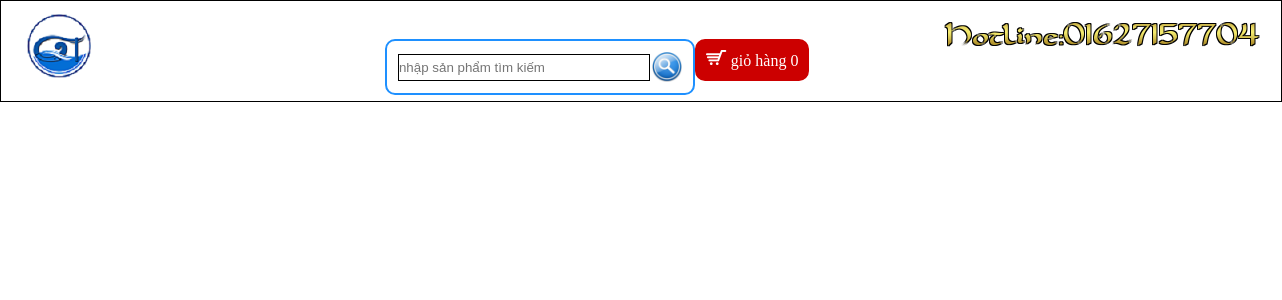
Repository: tranminhtam92/web
Page: http://localhost/demoview/View/Header.jsp
These files come from the project's save history. The page is drawn as it stood at one moment and after the next save; the edit follows.
The browser window is 1280 px wide. The page is 1282 px wide, so the pictures cover 1282 px, including what lies to the right of the window. The pictures show the whole page.
The page is served by Tomcat 9. Other server files are loaded and not shown.

Above is the page before, as saved 2016-12-27 06:38:16.

### Code/demoview/WebContent/View/Header.jsp
<%@page import="Model.Giohang"%>
<%@ page language="java" contentType="text/html; charset=UTF-8"
    pageEncoding="UTF-8"%>
<!DOCTYPE html PUBLIC "-//W3C//DTD HTML 4.01 Transitional//EN" "http://www.w3.org/TR/html4/loose.dtd">
<html>
<head>
<meta http-equiv="Content-Type" content="text/html; charset=UTF-8">
<link href="View/Style.css" rel="stylesheet" type="text/css">
<title>header</title>
</head>
<body>
<%
Giohang gh=(Giohang)session.getAttribute("cart");
if(gh==null){
	gh= new Giohang();
	session.setAttribute("cart", gh);
}
%>
		<div class="header">
			<div id="logo">
				<img alt="eror" src="${pageContext.request.contextPath}/hinhanh/LG.png" >
			</div>
			<div id="hotline">
				<img alt="eror" src="${pageContext.request.contextPath}/hinhanh/sdt.png">
			</div>
			<div id="searchcart">
				<div id="search">
					<form action="Searchproduct" class="searchproduct">
					<table>
					<tr>
					<th><input type="text" name="productname" id="productname" placeholder="nhập sản phẩm tìm kiếm" value="${productname}"> </th>
					<th><input type="image" src="${pageContext.request.contextPath}/hinhanh/find.png" alt="submit" name="key" value="tìm kiếm" width="30px" height="30px"></th>
					</tr>
					</table>

						<!-- input type="submit" id="btnsearch" name="btnsearch" value="tìm kiếm"> -->

					</form>

				</div>
				<div id="giohang">

						<a href="${pageContext.request.contextPath}/Cart?command=giỏ hàng">
						<span ><img alt="error" src="${pageContext.request.contextPath}/hinhanh/carticon.png"></img></span>
						<span>giỏ hàng</span>
						<span ><%=gh.countitem() %></span>
						</a>


				</div>

			</div>

		</div>
</body>
</html>

### Code/demoview/src/Model/Giohang.java
package Model;

import java.util.HashMap;
import java.util.Map;

public class Giohang {
	HashMap<String, Monhang> listitem;

	public Giohang() {
		listitem = new HashMap<>();
	}

	public HashMap<String, Monhang> getListitem() {
		return listitem;
	}

	public void setListitem(HashMap<String, Monhang> listitem) {
		this.listitem = listitem;
	}
	public void insertgiohang(String key,Monhang item){
		boolean bln = listitem.containsKey(key);
	       if (bln) {
	            int quantity_old = listitem.get(key).getSoluong();
	            item.setSoluong(quantity_old+item.getSoluong());
	            listitem.put(key, item);
	       } else {
	    	   listitem.put(key, item);
	       }
	}
	public void removegiohang(String key){
		//boolean bln = listitem.containsKey(key);
	      // if (bln) {
	           listitem.remove(key);
	       //}
	}
	public void changequantity(String key,int quantity){
	           listitem.get(key).setSoluong(quantity);


	}
	public int countitem(){
		return listitem.size();
	}
	public int totalprice(){
		int money=0;
		 for (Map.Entry<String, Monhang> list : listitem.entrySet()) {

	           money+=list.getValue().getSoluong()*(list.getValue().getGia()-((list.getValue().getGia()*list.getValue().getKhuyenmai())/100));
	        }
		return money;
	}
	public static void main(String[] args){
		Giohang gh= new Giohang();
		gh.insertgiohang("ca", new Monhang("ca","ca cang",100,"aaaa",2,0));
		gh.insertgiohang("muc", new Monhang("muc","ca cang",100,"aaaa",5,0));
		gh.removegiohang("caa");
		  for (Map.Entry<String, Monhang> list : gh.getListitem().entrySet()) {

	            System.out.println(list.getValue().getMasp());
	            System.out.println(list.getValue().getTensp());
	            System.out.println(list.getValue().getAnh());
	            System.out.println(list.getValue().getSoluong());
	        }
	}

}

### Code/demoview/WebContent/View/Style.css
@CHARSET "ISO-8859-1";
*{
    margin: 0;
    padding: 0;
    text-decoration: none;
}
div{
	display: block;
}
tr{
	padding-top: 20px;
	padding-left: 20;
}
td{
	text-align: center;
}
ul li{
		text-decoration: none;
	list-style-type: none;
}
img.center{
	display: block;
	 margin-left: auto;
	  margin-right: auto;
	  padding-top: 20px;
    width: 80%;
    height: 80%;
}
.wrapper{
	width: 100%;
	height: auto;
	border: 1px solid black;
}
.header{
	width: 100%;
	height: 100px;
	border: 1px solid black;
}
#logo{
	float: left;
	margin-top: 1%;
	margin-left: 2%;
}
#hotline{
	float: right;
	margin-top: 1%;
	margin-right: 1%;
}
#searchcart{

	margin-top:3%;
	margin-left: 30%;
}
#searchcart div{
	float:left;
	padding: 1%;
}
#search{

	 border: 2px solid #1E90FF;
    -moz-border-radius: 10px;
    -webkit-border-radius: 10px;
    -ms-border-radius: 10px;
    -o-border-radius: 10px;
    border-radius: 10px;
}
#search #productname{

	width:250px;
	height:25px;
	    border: 0.5px solid black;

}
#search #btnsearch{
	text-align:center;
	height:25px;
	 background-color:#1E90FF;
	    border: 0.5px solid black;
    -moz-border-radius: 5px;
    -webkit-border-radius: 5px;
    -ms-border-radius: 5px;
    -o-border-radius: 5px;
    border-radius: 5px;
}

#giohang {

	text-align:center;
	background-color:#cc0000;
	    border: 2px solid #cc0000;
    -moz-border-radius: 10px;
    -webkit-border-radius: 10px;
    -ms-border-radius: 10px;
    -o-border-radius: 10px;
    border-radius: 10px;
}
#giohang a{
	color: white;
}
.nav{
	width: 100%;
	height: 50px;
	background-color:#1E90FF;
}
#menu{
	width:60%;
	float: left;
}
#menu ul li{
	float:left;
	padding:2%;
	list-style: none;
}
#account{
	width:30%;
	float: right;
	margin-right: 2%;
}
#account ul li{
	float:right;
	padding:3%;
	list-style: none;

	}
.nav ul li{

}
.nav a{
	font-size: 18px;
	font-weight:bold;
	color: white;

		display:block;

}


.nav a:hover{
	color:yellow;

	text-decoration: none;
}
.content{
	width: 100%;
	height: auto;
	border: 1px solid black;
	 display: block;
	 padding-top: 1%;
}
.detail{
	width: 100%;
	height: 400px;
	border: 1px solid black;
}

.left{
	width: 30%;
	height: 400px;
	border: 1px solid black;
	text-align:center;
	float:left;
}
.right{
	width: 68%;
	height: 400px;
	border: 1px solid black;
	float:right;

}
.info_product{
	padding-left: 50px;
	padding-top: 100px;
}
#title {
	 display: block;
	font-size: 20px;
	color:white;
	padding: 5px 0 0 10px;
	background:url("../hinhanh/bg_title.png") no-repeat;
	border-bottom: 2px solid #1E90FF;
}
#title a{
	color:white;
}
.image_normal{
	width: 100%;
	height: 100%;

}
.imgsmall{
	width: 50%;
	height: 50%;
}
.tblcart{
	padding-left: 50px;
}
.content .product_type ul li{
	text-align:center;
	width:20%;
	height:100%;
	float:left;
	list-style: none;
	margin-right:2%;
	margin-top:2%;
	margin-left:2.5%;
	position: relative;
}
.content .product_type ul li #sale{
	color:white;
	background-color: red;
	border: 2px solid red;
	position: absolute;
	right: 2%;
	bottom: 20%;
}
.content .product_type ul li #new{

	color:white;
	background-color: red;
	border: 2px solid red;
	position: absolute;
	left: 2%;
	bottom: 20%;
}
.content .product_type ul li .productname{
	padding-left:2%;
	color:black;
	font-size: 20px;
}
.content .product_type ul li .amountnew{
	color:red;
	margin-top:10%;
	padding-left:2%;
	font-size: 20px;
}
.content .product_type ul li .amountold{
	color:black;
	padding-top:5%;
	font-size: 20px;
	text-decoration: line-through;
}
.contentproducttype{
	width: 100%;
	height: 1600px;
}
.info_product .amountnew{
		color:red;
	font-size: 20px;
}
.info_product .amountold{
		color:black;
	font-size: 20px;
	text-decoration: line-through;
}
.tbcart .amountold{
	text-decoration: line-through;
}
.content1{
	width: 100%;
	height: 500px;
}
.content_left{
	width: 25%;
	height:auto;
	background-color: white;
	 float:left;
}
.content_left a{
	  color: black;

    padding-left:10px;
    padding-bottom:5px;
    border-bottom: 1px dashed black;
    display: block;
    padding-left: 10px;
    font-size: 20px;
}
.content_right{
	float:right;
	width: 70%;
	height: 500px;
	background-color: white;
	border: 1px solid black;
}
#danhmuc{
	display:block;
	text-align: center;
	font-size: 20px;
	color: red;
	background-color: black;
}
#product{
	padding-bottom: 5px;
}
#product ul li{
	border: 1px solid blue;
}
.product_type{
	width: 100%;
	height: 400px;
	border: 1px solid black;
}
#login{
	width: 100%;
	height: 500px;
	border: 1px solid black;
	margin-top: 100px;
}
.footer{
	width: 100%;
    height: 200px;
    text-align: center;
    border: 1px solid black;
}

After the next save:
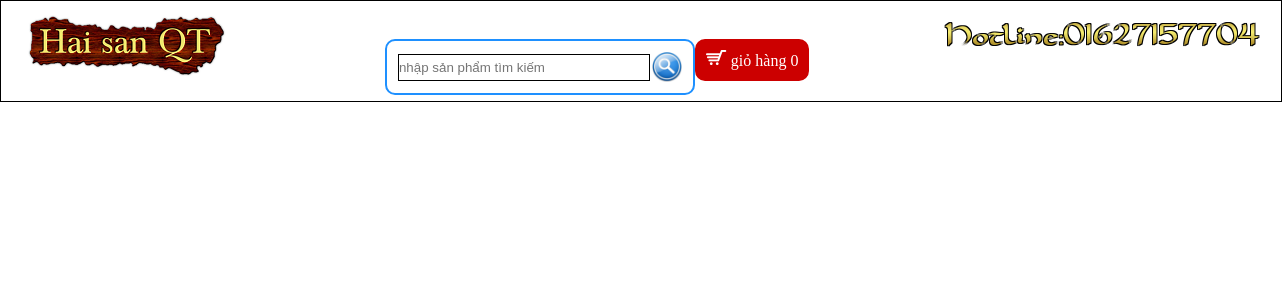
Saved 3 min 36 s later.
--- a/Code/demoview/WebContent/View/Header.jsp
+++ b/Code/demoview/WebContent/View/Header.jsp
@@ -18,7 +18,7 @@ if(gh==null){
 %>
 		<div class="header">
 			<div id="logo">
-				<img alt="eror" src="${pageContext.request.contextPath}/hinhanh/LG.png" >
+				<img alt="eror" src="${pageContext.request.contextPath}/hinhanh/cooltext167942677404796.png" >
 			</div>
 			<div id="hotline">
 				<img alt="eror" src="${pageContext.request.contextPath}/hinhanh/sdt.png">
